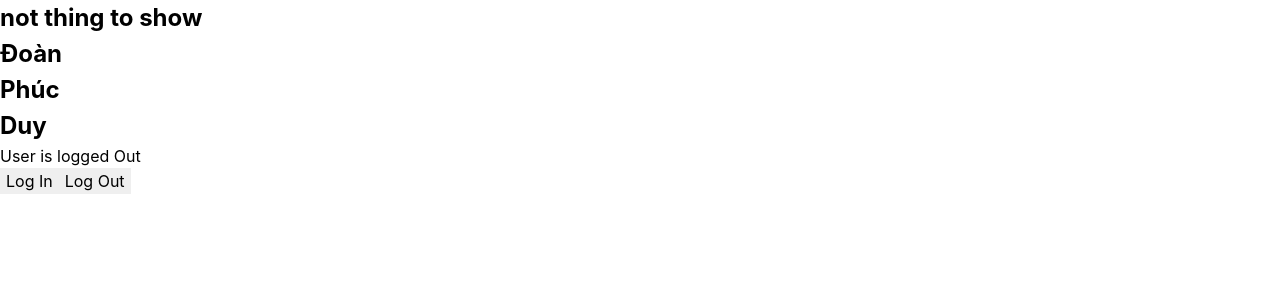
Repository: ledoanmk43/Demo_typescript
Page: /
These files come from the project's save history. The page is drawn as it stood at one moment and after the next save; the edit follows.
The browser window is 1280 px wide. The pictures show the whole page.
The project was rebuilt for these pictures with package versions that can differ from the ones it lists, and the page was loaded fresh each time.

Above is the page before, as saved 2022-03-07 15:32:50.

After the next save:
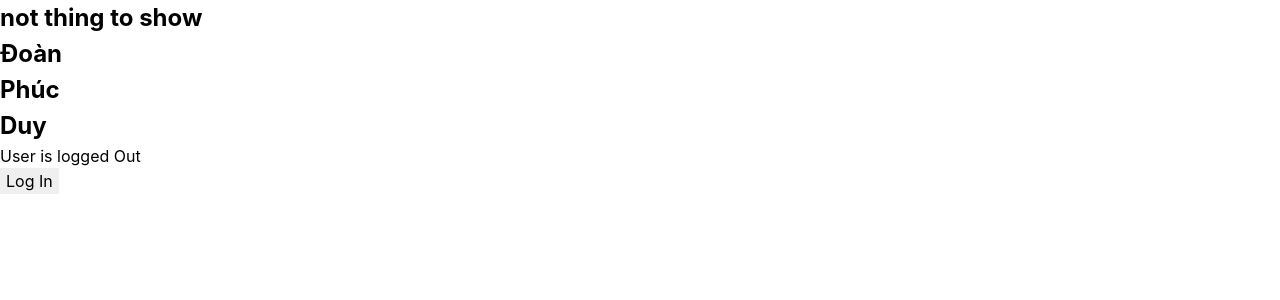
Saved 67 s later.
--- a/src/components/state/Login.tsx
+++ b/src/components/state/Login.tsx
@@ -25,8 +25,11 @@ const Login = () => {
   return (
     <div>
       <div>User is {isLoggedin ? "logged In" : "logged Out"}</div>
-      <button onClick={logIn}>Log In</button>
-      <button onClick={logOut}>Log Out</button>
+      {user ? (
+        <button onClick={logOut}>Log Out</button>
+      ) : (
+        <button onClick={logIn}>Log In</button>
+      )}
     </div>
   );
 };
